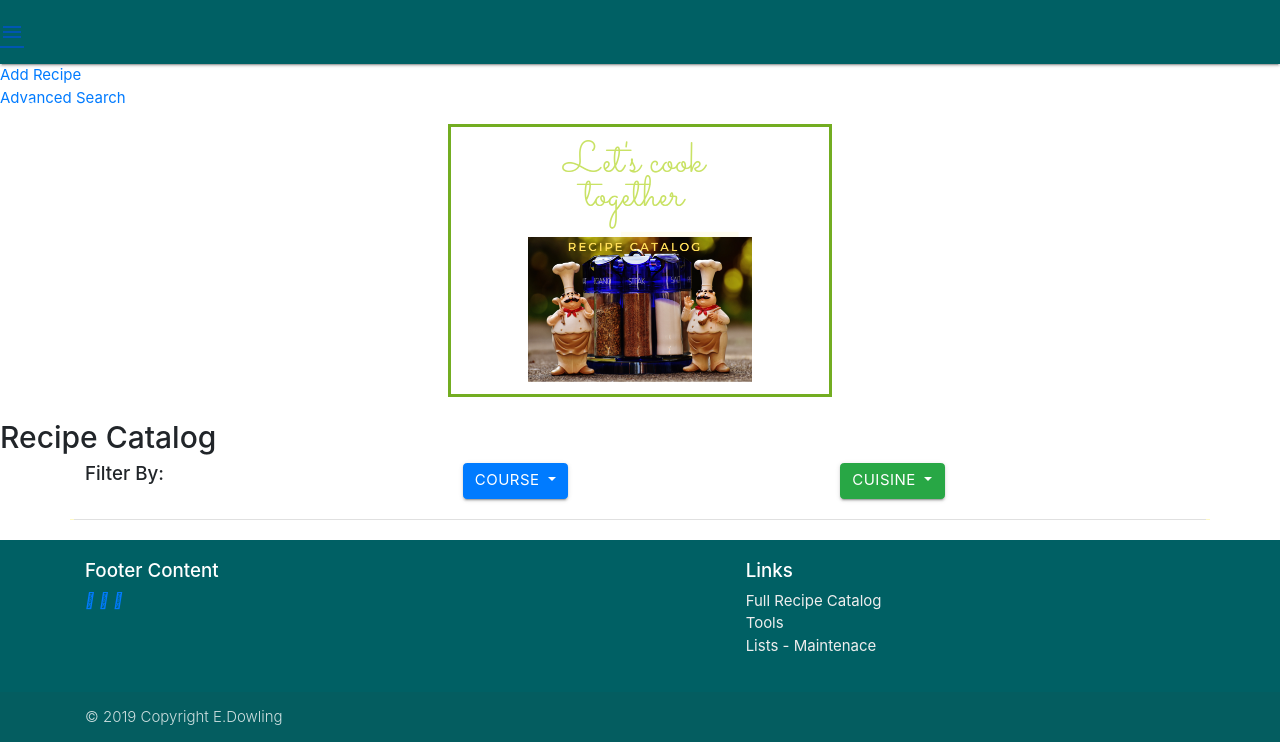
Repository: eldowling/lets-cook-together
Page: http://localhost/get_catalog?course=breakfast
The author's editor kept a record of every edit. The page is drawn from the files as they stood at one moment, then again after the next edit.
The browser window is 1280 px wide. The pictures show the whole page.
Some web libraries are served in a nearby version. The page is served by the project's application, run on Flask 3 (app.py). Queries for data that is not in the repository find no rows.

Above is the page before.
Console error: TypeError: $(...).collapsible is not a function

After the next edit:
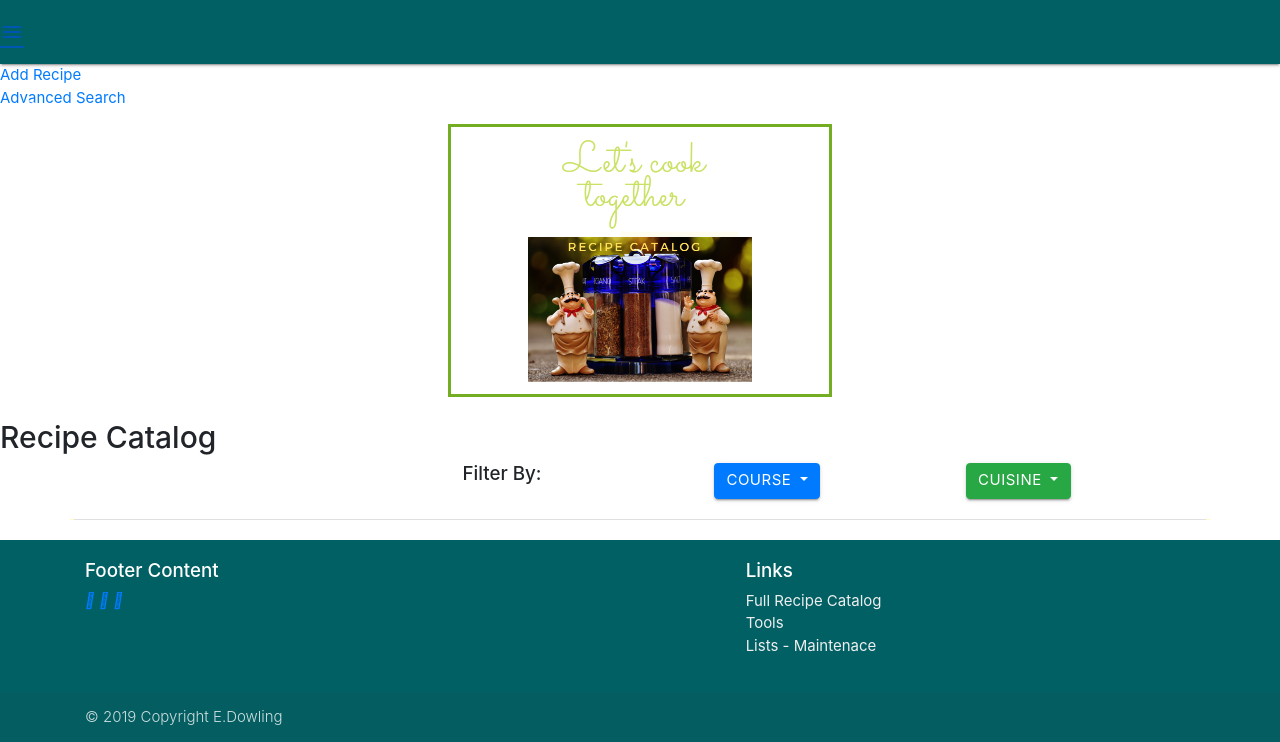
The edit:
--- a/templates/catalog.html
+++ b/templates/catalog.html
@@ -2,7 +2,7 @@
 <h2>Recipe Catalog</h2>
 <div class="container">
   <div class="row">
-    <div class="col s3">
+    <div class="col s2 offset-s4">
       <h5>Filter By:</h5>
     </div>
     <div class="col s3">
